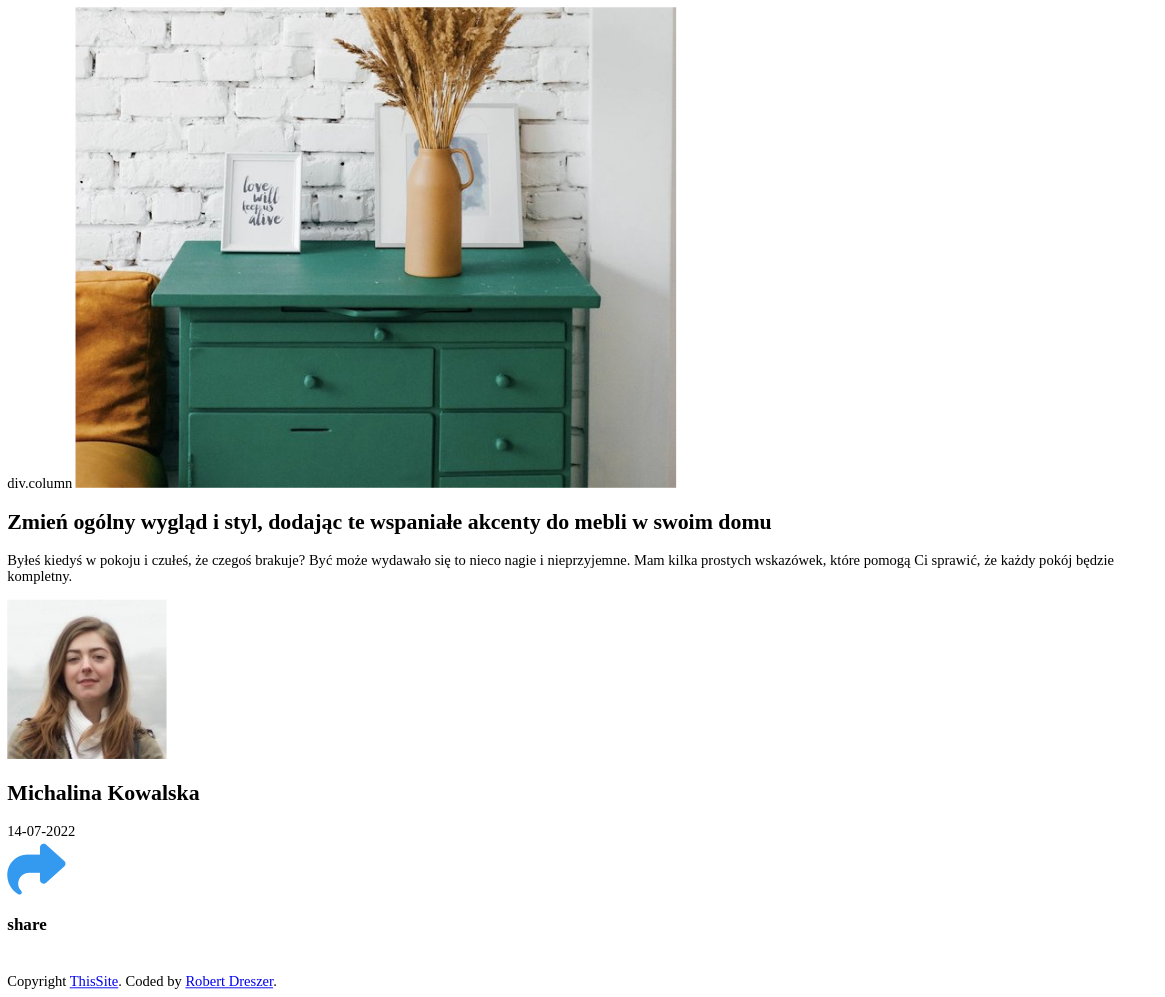
Repository: RobertDsr/komponent-podgl-du-produktu
Page: index.html
These files come from the project's save history. The page is drawn as it stood at one moment and after a run of saves; the edit follows.
The browser window is 1280 px wide. The pictures show the whole page, at 91% of full size.
Some web libraries are served in a nearby version.

Above is the page before, as saved 2022-07-14 12:29:39.

After the next 2 saves:
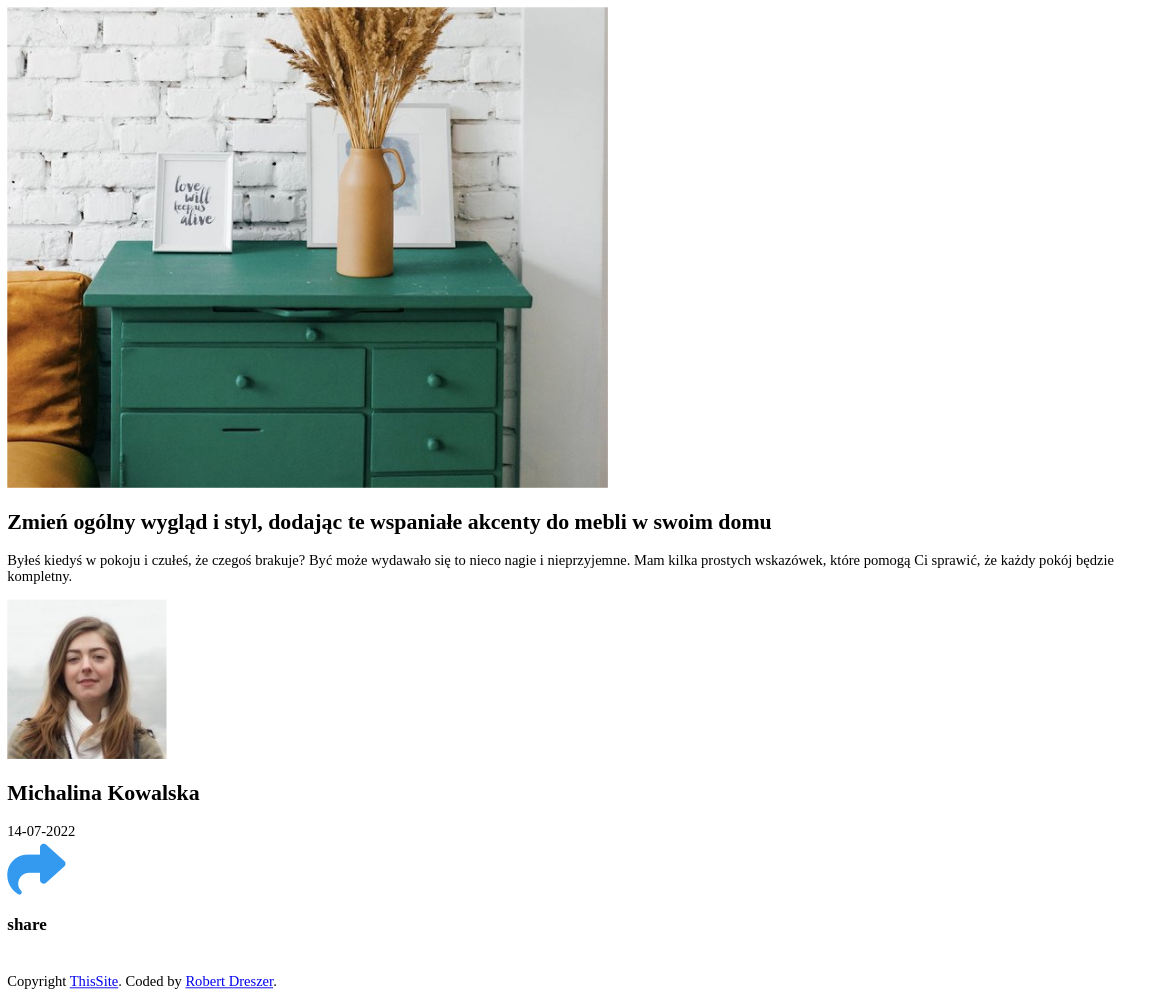
The 2 saves are shown as one change because they came seconds apart.
The last was saved 7 s later.
--- a/index.html
+++ b/index.html
@@ -16,7 +16,7 @@
 <body>
 
   <div class="wrapper">
-    div.column
+    <div class="columnRight"></div>
     <img src="./images/drawers.jpg" alt="zielona szafka z ustawionymi na niej gadżetami ">
     <section class="articleDescription">
       <h1 class="Title">Zmień ogólny wygląd i styl, dodając te wspaniałe akcenty do mebli w swoim domu</h1>
